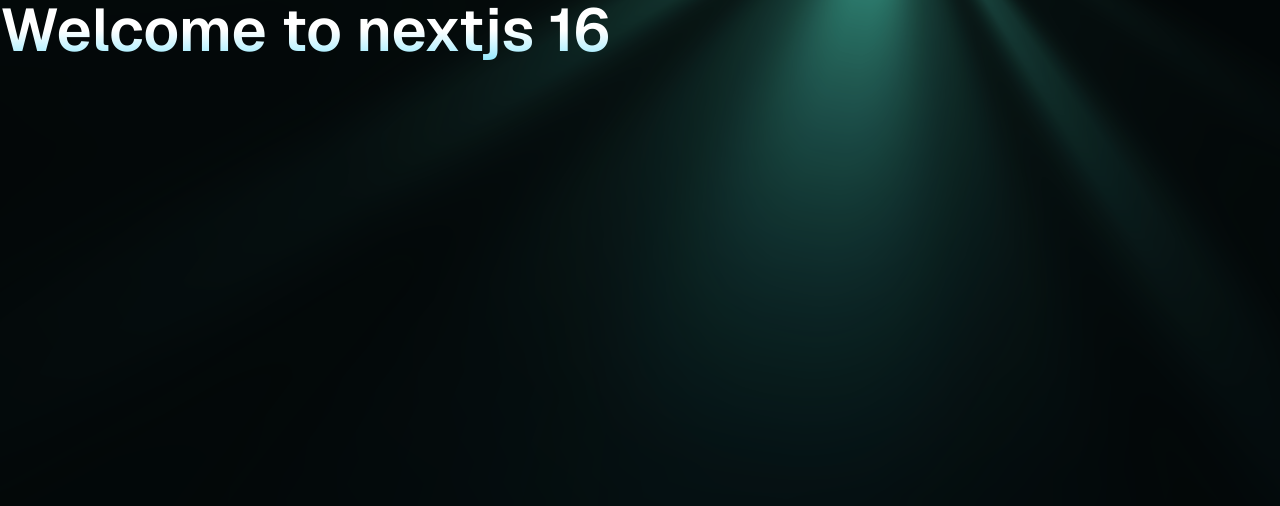
Repository: MuhammadHozaif-Bitsol/DevEvents
Page: /
These files come from the project's save history. The page is drawn as it stood at one moment and after the next save; the edit follows.
The browser window is 1280 px wide. The pictures show the whole page.
Some web fonts or font styles are not loaded; a fallback is used. The project was rebuilt for these pictures with package versions that can differ from the ones it lists, and the page was loaded fresh each time. The framework's server and built-in components were replaced by stand-ins that run in the browser. Also part of the build but not shown: next.config.ts.

Above is the page before, as saved 2026-08-25 14:43:43.

After the next save:
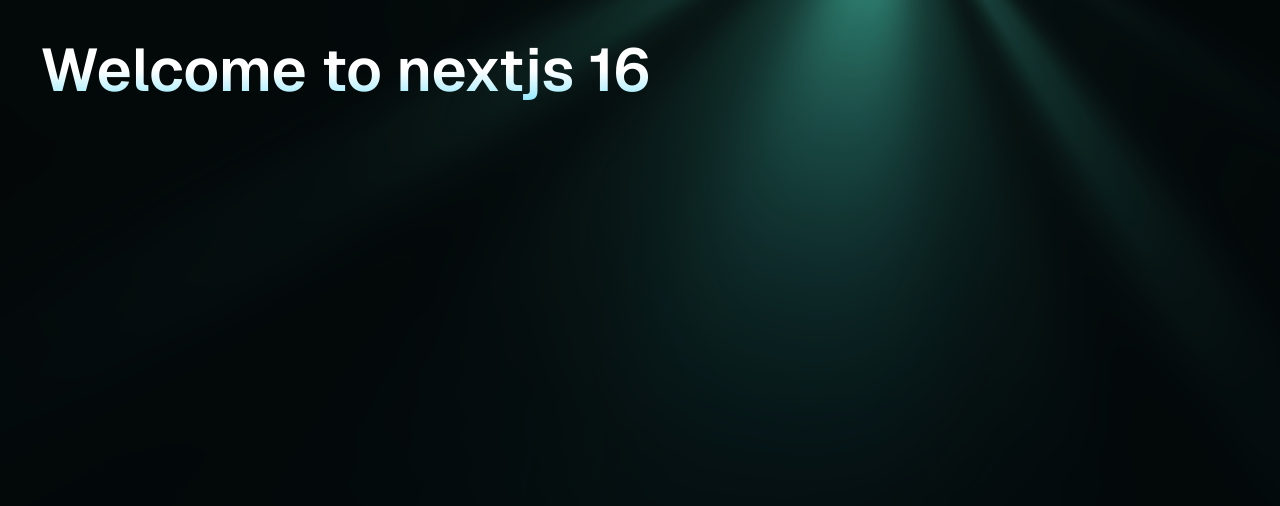
Saved 31 s later.
--- a/app/layout.tsx
+++ b/app/layout.tsx
@@ -39,7 +39,7 @@ export default function RootLayout({ children }: LayoutProps<"/">) {
         <div className="absolute inset-0 top-0 z-[-1] min-h-screen">
           <LightRays></LightRays>
         </div>
-        {children}
+        <main>{children}</main>
       </body>
     </html>
   );
